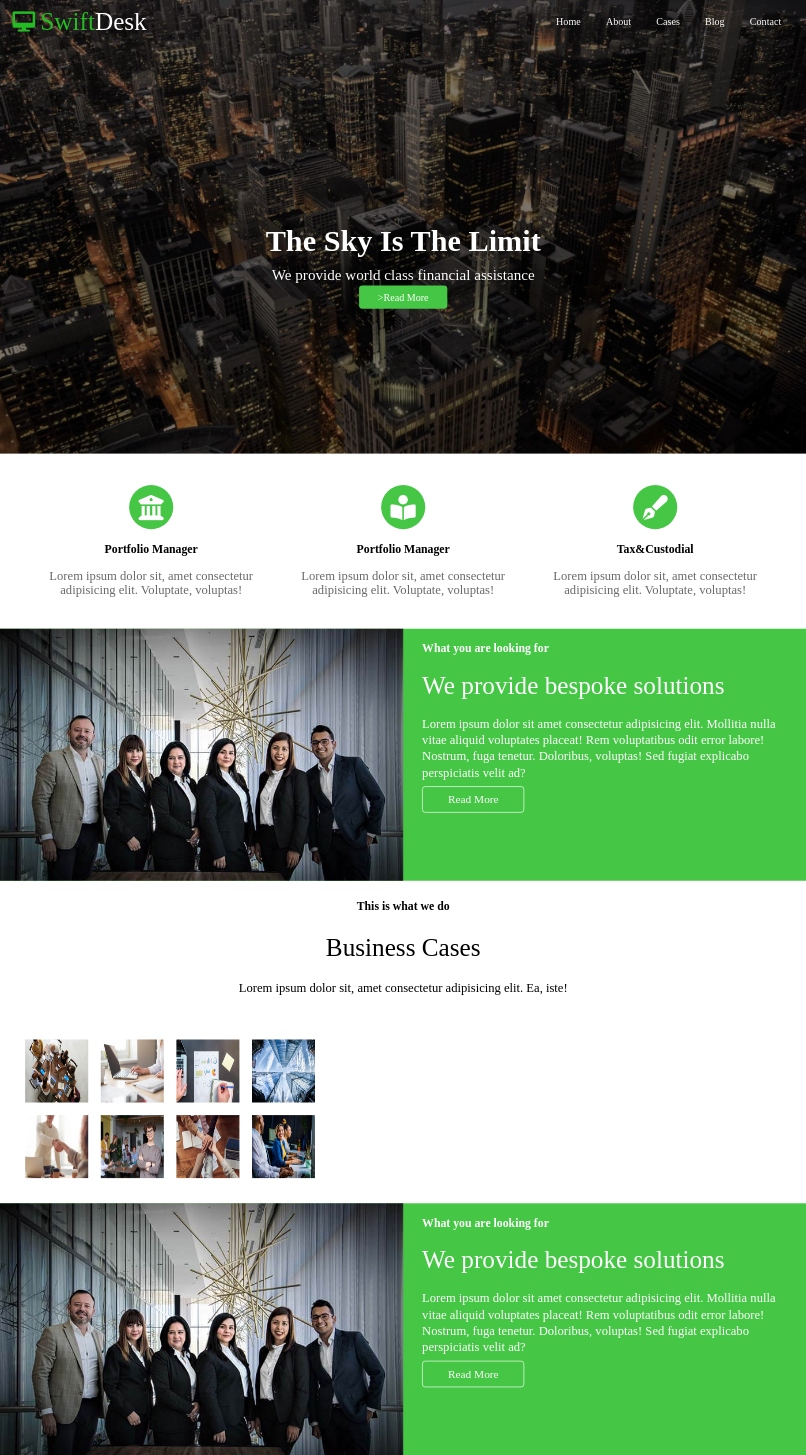
Repository: reemoon-ctrl/swiftdisk-Website-Flexbox
Page: index.html
An editor plug-in stored every save of this project. The page is shown before and after a run of saves, followed by the edit.
The browser window is 1280 px wide. The pictures show the whole page, at 63% of full size.

Above is the page before, as saved 2024-07-27 09:45:15.

After the next 2 saves:
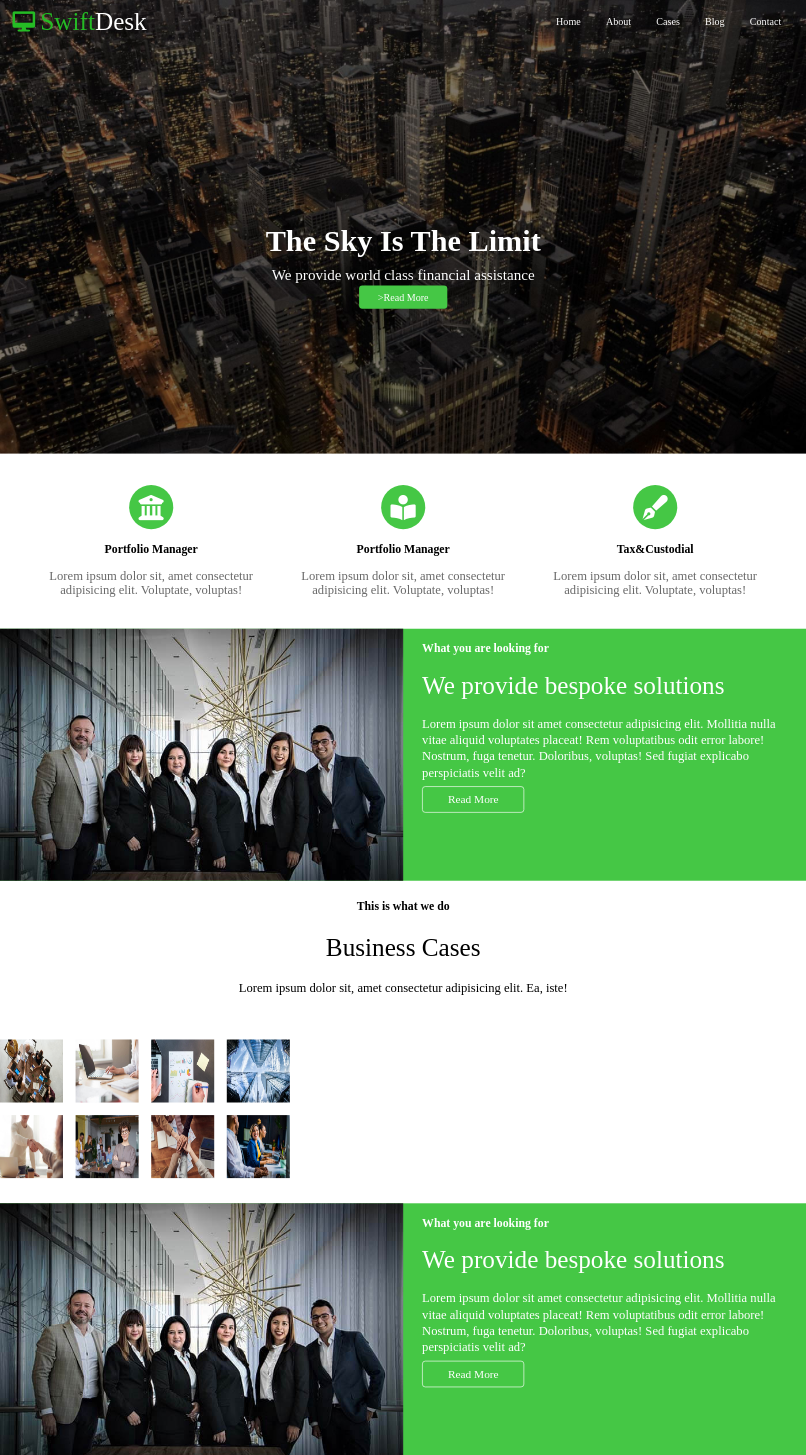
The 2 saves are shown as one change because they came seconds apart.
The last was saved 5 s later.
--- a/index.css
+++ b/index.css
@@ -168,7 +168,7 @@ body{
     display: grid;
     grid-template-columns:100px 100px 100px 100px ;
    gap: 20px;
-   padding: 40px ;
+   padding: 40px 0px;
 }
 .BCimg{
     width: 100px;
